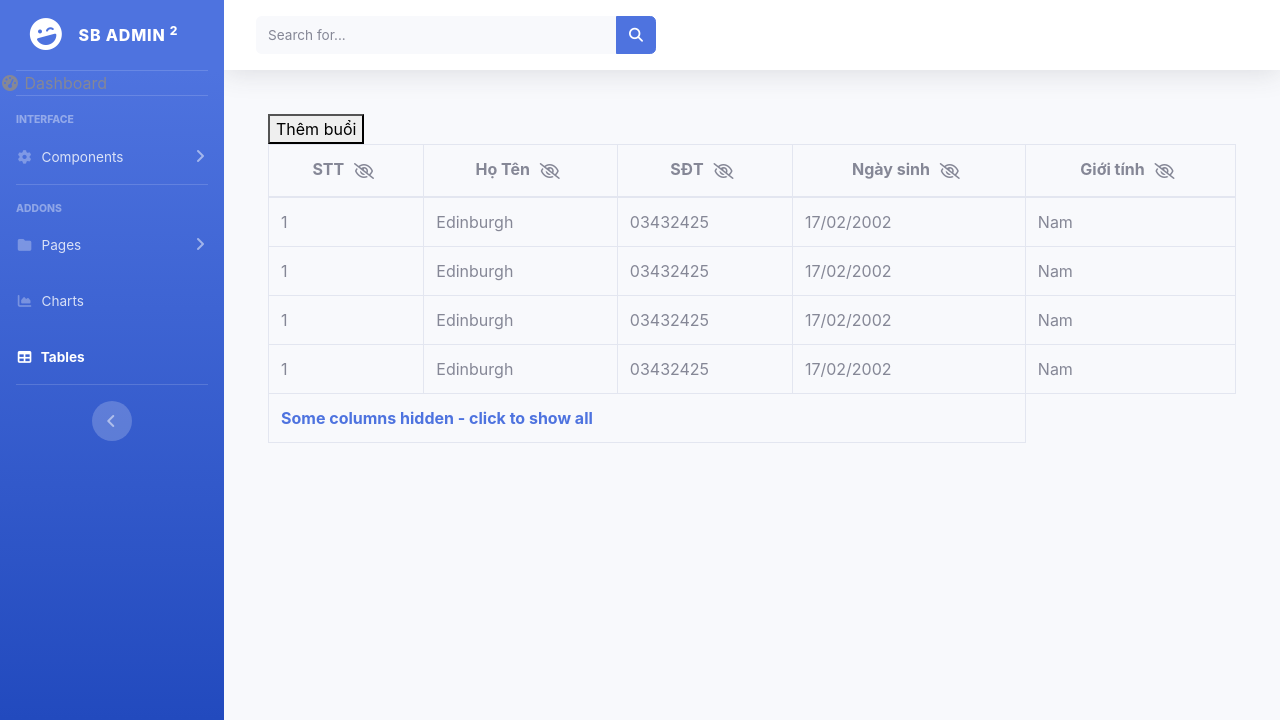
Repository: huyennvo/WebCiTEdu
Page: index.html
These files come from the project's save history. The page is drawn as it stood at one moment and after the next save; the edit follows.
The browser window is 1280 px wide. The pictures show the whole page.
Some web libraries are served in a nearby version.

Above is the page before, as saved 2022-07-30 09:25:20.

### index.html
<!DOCTYPE html>
<html lang="en">

<head>

    <meta charset="utf-8">
    <meta http-equiv="X-UA-Compatible" content="IE=edge">
    <meta name="viewport" content="width=device-width, initial-scale=1, shrink-to-fit=no">
    <meta name="description" content="">
    <meta name="author" content="">

    <title>CiT Edu</title>
    <link rel="stylesheet" href="https://cdn.jsdelivr.net/npm/bootstrap@4.6.1/dist/css/bootstrap.min.css">
    <script src="https://cdn.jsdelivr.net/npm/jquery@3.6.0/dist/jquery.slim.min.js"></script>
    <script src="https://cdn.jsdelivr.net/npm/popper.js@1.16.1/dist/umd/popper.min.js"></script>
    <script src="https://cdn.jsdelivr.net/npm/bootstrap@4.6.1/dist/js/bootstrap.bundle.min.js"></script>
    <script src="https://kit.fontawesome.com/1b99fd25e4.js" crossorigin="anonymous"></script>
</head>

<link href="vendor/fontawesome-free/css/all.min.css" rel="stylesheet" type="text/css">
<link href="./sb-admin-2.min.css" rel="stylesheet">
<style>
    /* body {
        padding: 15px;
    } */

    .table-hideable td,
    .table-hideable th {
        width: auto;
        transition: width .5s, margin .5s;
    }

    .btn-condensed.btn-condensed {
        padding: 0 5px;
        box-shadow: none;
    }
    /* use class to have a little animation */

    .hide-col {
        width: 0px !important;
        height: 0px !important;
        display: block !important;
        overflow: hidden !important;
        margin: 0 !important;
        padding: 0 !important;
        border: none !important;
    }
</style>

<!-- Custom styles for this template -->
<link href="css/sb-admin-2.min.css" rel="stylesheet">
<!--

<link href="http://maxcdn.bootstrapcdn.com/font-awesome/4.7.0/css/font-awesome.min.css" rel="stylesheet">
<link rel="stylesheet" href="css/buton.css">

<link rel="stylesheet" href="css/bootstrap.css">
<link rel="stylesheet" href="css/bootstrap.min.css">
<link rel="stylesheet" href="path/to/font-awesome/css/font-awesome.min.css">
<link href="https://cdn.jsdelivr.net/npm/bootstrap@5.2.0/dist/css/bootstrap.min.css" rel="stylesheet" integrity="sha384-gH2yIJqKdNHPEq0n4Mqa/HGKIhSkIHeL5AyhkYV8i59U5AR6csBvApHHNl/vI1Bx" crossorigin="anonymous" />
 -->

<!-- <link
href="https://cdn.jsdelivr.net/npm/bootstrap@5.2.0/dist/css/bootstrap.min.css"
rel="stylesheet"
integrity="sha384-gH2yIJqKdNHPEq0n4Mqa/HGKIhSkIHeL5AyhkYV8i59U5AR6csBvApHHNl/vI1Bx"
crossorigin="anonymous"
/> -->
<!-- <script
src="https://cdn.jsdelivr.net/npm/bootstrap@5.2.0/dist/js/bootstrap.bundle.min.js"
integrity="sha384-A3rJD856KowSb7dwlZdYEkO39Gagi7vIsF0jrRAoQmDKKtQBHUuLZ9AsSv4jD4Xa"
crossorigin="anonymous"
></script>  -->
<script src="./app.js"></script>
</head>

<body id="page-top">

    <!-- Page Wrapper -->
    <div id="wrapper">

        <!-- Sidebar -->
        <ul class="navbar-nav bg-gradient-primary sidebar sidebar-dark accordion" id="accordionSidebar">

            <!-- Sidebar - Brand -->
            <a class="sidebar-brand d-flex align-items-center justify-content-center" href="index.html">
                <div class="sidebar-brand-icon rotate-n-15">
                    <i class="fas fa-laugh-wink"></i>
                </div>
                <div class="sidebar-brand-text mx-3">SB Admin <sup>2</sup></div>
            </a>

            <!-- Divider -->
            <hr class="sidebar-divider my-0">

            <!-- Nav Item - Dashboard -->
            <li class="nav-item">
                <!-- <a class="nav-link" href="index.html"> -->
                <i class="fas fa-fw fa-tachometer-alt"></i>
                <span>Dashboard</span></a>
            </li>

            <!-- Divider -->
            <hr class="sidebar-divider">

            <!-- Heading -->
            <div class="sidebar-heading">
                Interface
            </div>

            <!-- Nav Item - Pages Collapse Menu -->
            <li class="nav-item">
                <a class="nav-link collapsed" href="#" data-toggle="collapse" data-target="#collapseTwo" aria-expanded="true" aria-controls="collapseTwo">
                    <i class="fas fa-fw fa-cog"></i>
                    <span>Components</span>
                </a>
            </li>

            <!-- Divider -->
            <hr class="sidebar-divider">

            <!-- Heading -->
            <div class="sidebar-heading">
                Addons
            </div>

            <!-- Nav Item - Pages Collapse Menu -->
            <li class="nav-item">
                <a class="nav-link collapsed" href="#" data-toggle="collapse" data-target="#collapsePages" aria-expanded="true" aria-controls="collapsePages">
                    <i class="fas fa-fw fa-folder"></i>
                    <span>Pages</span>
                </a>
            </li>

            <!-- Nav Item - Charts -->
            <li class="nav-item">
                <a class="nav-link" href="charts.html">
                    <i class="fas fa-fw fa-chart-area"></i>
                    <span>Charts</span></a>
            </li>

            <!-- Nav Item - Tables -->
            <li class="nav-item active">
                <a class="nav-link" href="tables.html">
                    <i class="fas fa-fw fa-table"></i>
                    <span>Tables</span></a>
            </li>

            <!-- Divider -->
            <hr class="sidebar-divider d-none d-md-block">

            <!-- Sidebar Toggler (Sidebar) -->
            <div class="text-center d-none d-md-inline">
                <button class="rounded-circle border-0" id="sidebarToggle"></button>
            </div>

        </ul>
        <!-- End of Sidebar -->

        <!-- Content Wrapper -->
        <div id="content-wrapper" class="d-flex flex-column">

            <!-- Main Content -->
            <div id="content">

                <!-- Topbar -->
                <nav class="navbar navbar-expand navbar-light bg-white topbar mb-4 static-top shadow">

                    <!-- Sidebar Toggle (Topbar) -->
                    <form class="form-inline">
                        <button id="sidebarToggleTop" class="btn btn-link d-md-none rounded-circle mr-3">
              <i class="fa fa-bars"></i>
            </button>
                    </form>

                    <!-- Topbar Search -->
                    <form class="d-none d-sm-inline-block form-inline mr-auto ml-md-3 my-2 my-md-0 mw-100 navbar-search">
                        <div class="input-group">
                            <input type="text" class="form-control bg-light border-0 small" placeholder="Search for..." aria-label="Search" aria-describedby="basic-addon2">
                            <div class="input-group-append">
                                <button class="btn btn-primary" type="button">
                  <i class="fas fa-search fa-sm"></i>
                </button>
                            </div>
                        </div>
                    </form>
                </nav>
                <!-- End of Topbar -->
                <!-- Begin Page Content -->
                <div class="container-fluid">
                    <div class="card-body">

                        <div class="table-responsive">
                            <button id="insertCol">Thêm buổi</button>
                            <table class="table table-bordered" id="dataTable" width="100%" cellspacing="0">
                                <thead style="text-align: center;">
                                    <tr id="row1">
                                        <th>
                                            STT
                                            <button class="pull-right btn btn-default btn-condensed hide-column" data-toggle="tooltip" data-placement="bottom" title="Ẩn cột">
          <i class="fa fa-eye-slash"></i>
        </button>
                                        </th>

                                        <th>
                                            Họ Tên
                                            <button class="pull-right btn btn-default btn-condensed hide-column" data-toggle="tooltip" data-placement="bottom" title="Ẩn cột">
          <i class="fa fa-eye-slash"></i>
        </button>
                                        </th class="hide-col">
                                        <th>
                                            SĐT
                                            <button class="pull-right btn btn-default btn-condensed hide-column" data-toggle="tooltip" data-placement="bottom" title="Ẩn cột">
          <i class="fa fa-eye-slash"></i>
        </button>
                                        </th>

                                        <th>
                                           Ngày sinh
                                            <button class="pull-right btn btn-default btn-condensed hide-column" data-toggle="tooltip" data-placement="bottom" title="Ẩn cột">
          <i class="fa fa-eye-slash"></i>
        </button>
                                       </th>
                                        </th class="hide-col">
                                        <th>
                                            Giới tính
                                            <button class="pull-right btn btn-default btn-condensed hide-column" data-toggle="tooltip" data-placement="bottom" title="Ẩn cột">
          <i class="fa fa-eye-slash"></i>
        </button>
                                        </th>

                                    </tr>
                                </thead>
                                <tbody id="myTable">


                                    <tr id="row2">
                                        <td>1</td>
                                        <td>Edinburgh</td>
                                        <td>03432425</td>
                                        <td>17/02/2002</td>
                                        <td>Nam</td>
                                    </tr>
                                    <tr id="row3">
                                        <td>1</td>
                                        <td>Edinburgh</td>
                                        <td>03432425</td>
                                        <td>17/02/2002</td>
                                        <td>Nam</td>
                                    </tr>
                                    <tr id="row4">
                                        <td>1</td>
                                        <td>Edinburgh</td>
                                        <td>03432425</td>
                                        <td>17/02/2002</td>
                                        <td>Nam</td>
                                    </tr>
                                    <tr id="row5">
                                        <td>1</td>
                                        <td>Edinburgh</td>
                                        <td>03432425</td>
                                        <td>17/02/2002</td>
                                        <td>Nam</td>
                                    </tr>

                                </tbody>
                                <tfoot class="footer-restore-columns">
                                    <tr>
                                        <th colspan="4"><a class="restore-columns" href="#">Some columns hidden - click to show all</a></th>
                                    </tr>
                                </tfoot>
                            </table>
                        </div>
                    </div>
                </div>

            </div>
            <!-- /.container-fluid -->
        </div>
        <!-- End of Main Content -->

    </div>
    <!-- End of Content Wrapper -->

    </div>
    <!-- End of Page Wrapper -->

    <!-- Scroll to Top Button-->
    <!-- Button trigger modal -->


    <!-- Modal -->

    <div class="modal fade" id="exampleModal" tabindex="-1" aria-labelledby="exampleModalLabel" aria-hidden="true">
        <div class="modal-dialog">
            <div class="modal-content">
                <div class="modal-header">
                    <h5 class="modal-title" id="exampleModalLabel">Thông tin buổi học</h5>
                    <button type="button" class="close" data-dismiss="modal" aria-label="Close">
            <span aria-hidden="true">&times;</span>
          </button>
                </div>
                <div class="modal-body">
                    <form id="formInput-add">
                        <div class="form-group row">
                            <label class="col-md-3" for="inputName">Chủ nhiệm</label>
                            <input type="text" class="col-md-9 form-control" id="inputName" name="name" aria-describedby="emailHelp" placeholder="Tên chủ nhiệm" />
                        </div>
                        <div class="form-group row">
                            <label class="col-md-3" for="inputPrice">Trợ giảng</label>
                            <input type="" name="price" class="col-md-9 form-control" id="inputPrice" placeholder="Tên trợ giảng" />
                        </div>
                        <div class="form-group row">
                            <label class="col-md-3" for="inputDescription">Giảng viên</label>
                            <input type="" name="description" class="col-md-9 form-control" id="inputDescription" placeholder="Tên giảng viên" />
                        </div>
                        <div class="form-group row">
                            <label class="col-md-3" for="inputQuantity">Nội dung buổi học</label>

                            <input type="" name="product_site" class="col-md-9 form-control" id="inputProductSite" placeholder="" />
                            <!-- <textarea id="w3review" name="w3review" rows="4" cols="50"></textarea> -->
                        </div>
                        <div class="form-group row">
                            <label class="col-md-3" for="inputProductSite">Nhận xét</label>
                            <textarea type="" name="quantity" class="col-md-9 form-control" id="inputQuantity" placeholder=""></textarea>
                        </div>
                        <div class="modal-footer">
                            <button type="button" class="btn btn-primary">Lưu</button>
                            <button type="button" class="btn btn-secondary" data-dismiss="modal">Đóng</button>
                        </div>
                </div>
            </div>
        </div>
    </div>

</body>

</html>

### app.js
$(document).ready(function () {
  // $('#dataTable').on('click', '#select-all', function(){
  //    let a =$(this).className;
  //     console.log(a);
  //   // if ($(this).hasClass('allChecked')) {
      // $('input:checkbox[id^=a][type="checkbox"]').prop('checked', false);
  //   // } else {
  //   //   $('input:checkbox[id^=a][type="checkbox"]').prop('checked', true);
  //   // }
  //   // $(this).toggleClass('allChecked');
  // });
  // $("checkBox[id='checkbox1']")
  // $('#select-all2').click(function () {
  //   if ($(this).hasClass('allChecked')) {
  //     $('input:checkbox[id^="checkBox2"][type="checkbox"]').prop('checked', false);
  //   } else {
  //     $('input:checkbox[id^="checkBox2"][type="checkbox"]').prop('checked', true);
  //   }
  //   $(this).toggleClass('allChecked');
  // });
 // on init
 $(".table-hideable .hide-col").each(HideColumnIndex);

 // on click
 $('.hide-column').click(HideColumnIndex)

 function HideColumnIndex() {
     var $el = $(this);
     var $cell = $el.closest('th,td')
     var $table = $cell.closest('table')

     // get cell location - https://stackoverflow.com/a/4999018/1366033
     var colIndex = $cell[0].cellIndex + 1;
     // find and hide col index
     $table.find("tbody tr, thead tr")
         .children(":nth-child(" + colIndex + ")")
         .addClass('hide-col')

     // show restore footer
     $table.find(".footer-restore-columns").show()
 }

 // restore columns footer
 $(".restore-columns").click(function(e) {
     var $table = $(this).closest('table')
     $table.find(".footer-restore-columns").hide()
     $table.find("th, td")
         .removeClass('hide-col');

 })

 $('[data-toggle="tooltip"]').tooltip({
     trigger: 'hover'
 })

 let stt = 1;
 $("#insertCol").click(function(){
  let html1 = "";

  html1 +=`<th>Buổi ${stt} <button style="border: 0; background-color: #F8F9FC" data-stt="${stt}" class="checkBox${stt} select-all"><i
    class="fa-solid fa-check-double" style="color:green;"  data-toggle="tooltip" data-placement="right" title="Chọn tất cả"></i></button><br><button type="button"
    class="btn" data-toggle="modal" data-target="#exampleModal">
    Thêm
    </button>  <button class="pull-right btn btn-default btn-condensed hide-column" data-toggle="tooltip" data-placement="bottom" title="Hide Column">
    <i class="fa fa-eye-slash"></i>
    </button> </th>`;
    $("#row1").append(html1);
    for(let i = 0; i < 5; i++) {
      $(`#row${i + 2}`).append(`<td><input type="checkbox" id="checkBox${stt}" name="name" value="name">
      <select name="cars" id="cars" >
        <option value="saab" selected></option>
          <option value="saab" >Có phép</option>
          <option value="opel">Không phép</option>
          <option value="audi">Đi muộn</option>
        </select>
      </td>`);


    }


  // on init
 $(".table-hideable .hide-col").each(HideColumnIndex);

 // on click
 $('.hide-column').click(HideColumnIndex)

 function HideColumnIndex() {
     var $el = $(this);
     var $cell = $el.closest('th,td')
     var $table = $cell.closest('table')

     // get cell location - https://stackoverflow.com/a/4999018/1366033
     var colIndex = $cell[0].cellIndex + 1;
     // find and hide col index
     $table.find("tbody tr, thead tr")
         .children(":nth-child(" + colIndex + ")")
         .addClass('hide-col')

     // show restore footer
     $table.find(".footer-restore-columns").show()
 }

 // restore columns footer
 $(".restore-columns").click(function(e) {
     var $table = $(this).closest('table')
     $table.find(".footer-restore-columns").hide()
     $table.find("th, td")
         .removeClass('hide-col');

 })

 $('[data-toggle="tooltip"]').tooltip({
     trigger: 'hover'
 })
 $('.select-all').click(function () {
  let sttt = $(this).attr("data-stt");
  console.log(sttt);
  if ($(this).hasClass('allChecked')) {
    $(`input:checkbox[id^="checkBox${sttt}"][type="checkbox"]`).prop('checked', false);
  } else {
    $(`input:checkbox[id^="checkBox${sttt}"][type="checkbox"]`).prop('checked', true);
  }
  $(this).toggleClass('allChecked');
})
 stt++;
});




});

Loaded but not shown: sb-admin-2.min.css (library)

After the next save:
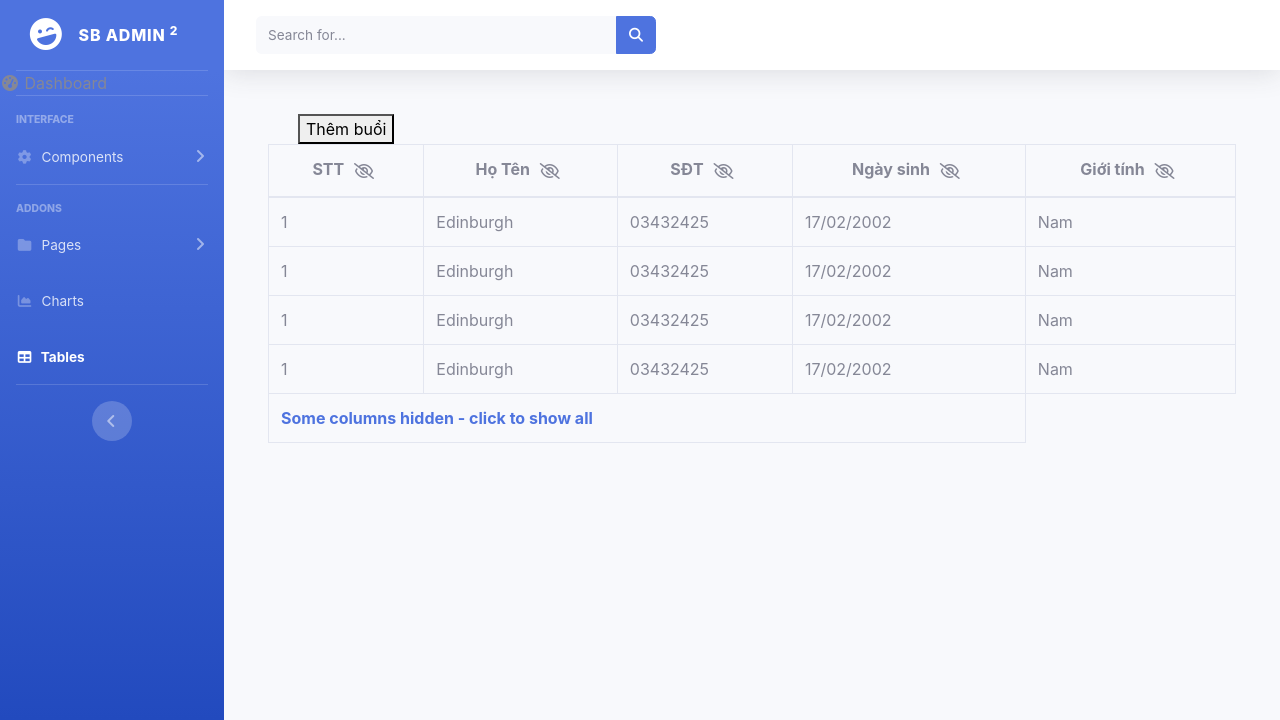
Saved 3 min 53 s later.
--- a/index.html
+++ b/index.html
@@ -191,7 +191,8 @@ crossorigin="anonymous"
                     <div class="card-body">
 
                         <div class="table-responsive">
-                            <button id="insertCol">Thêm buổi</button>
+                            <button style="display: flex; position: relative;
+                            left: 30px;" id="insertCol">Thêm buổi</button>
                             <table class="table table-bordered" id="dataTable" width="100%" cellspacing="0">
                                 <thead style="text-align: center;">
                                     <tr id="row1">
